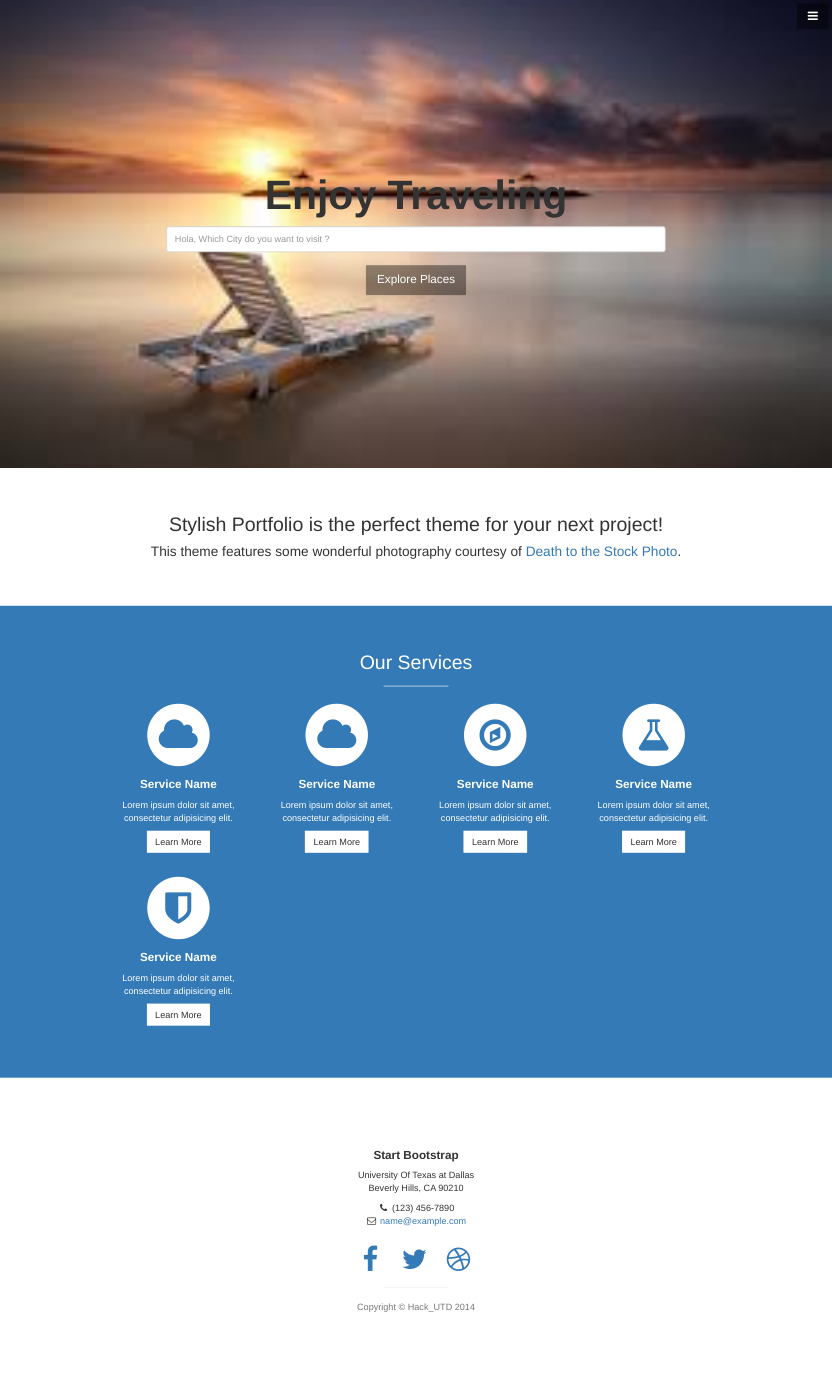
Repository: thomasronk/UTD_Hack
Page: http://localhost/route/Search
An editor plug-in stored every save of this project. The page is shown before and after the next save, followed by the edit.
The browser window is 1280 px wide. The pictures show the whole page, at 65% of full size.
Some web fonts or font styles are not loaded; a fallback is used. The page is served by Tomcat 9. Other server files are loaded and not shown.

Above is the page before, as saved 2015-01-18 09:44:31.

### UTDHackWorkSpace/route/WebContent/WEB-INF/main.jsp

<%@taglib prefix="c" uri="http://java.sun.com/jsp/jstl/core" %>
<html lang="en">

<head>

    <meta charset="utf-8">
    <meta http-equiv="X-UA-Compatible" content="IE=edge">
    <meta name="viewport" content="width=device-width, initial-scale=1">
    <meta name="description" content="">
    <meta name="author" content="">

    <title>Stylish Portfolio - Start Bootstrap Theme</title>

    <!-- Bootstrap Core CSS -->
    <!--<link href="css/bootstrap.min.css" rel="stylesheet">-->
	<link  rel="stylesheet" href="<c:url value="css/bootstrap.min.css" />" />
    <!-- Custom CSS -->
    <link href="css/stylish-portfolio.css" rel="stylesheet">

    <!-- Custom Fonts -->
    <link href="font-awesome/css/font-awesome.min.css" rel="stylesheet" type="text/css">
    <link href="http://fonts.googleapis.com/css?family=Source+Sans+Pro:300,400,700,300italic,400italic,700italic" rel="stylesheet" type="text/css">

    <!-- HTML5 Shim and Respond.js IE8 support of HTML5 elements and media queries -->
    <!-- WARNING: Respond.js doesn't work if you view the page via file:// -->
    <!--[if lt IE 9]>
        <script src="https://oss.maxcdn.com/libs/html5shiv/3.7.0/html5shiv.js"></script>
        <script src="https://oss.maxcdn.com/libs/respond.js/1.4.2/respond.min.js"></script>
    <![endif]-->

</head>

<body>

    <!-- Navigation -->
    <a id="menu-toggle" href="#" class="btn btn-dark btn-lg toggle"><i class="fa fa-bars"></i></a>
    <nav id="sidebar-wrapper">
        <ul class="sidebar-nav">
            <a id="menu-close" href="#" class="btn btn-light btn-lg pull-right toggle"><i class="fa fa-times"></i></a>
            <li class="sidebar-brand">
                <a href="#top">Start </a>
            </li>
            <li>
                <a href="#top">Home</a>
            </li>
            <li>
                <a href="#about">About</a>
            </li>
            <li>
                <a href="#services">Services</a>
            </li>
            <li>
                <a href="#portfolio">Portfolio</a>
            </li>
            <li>
                <a href="#contact">Contact</a>
            </li>
        </ul>
    </nav>

    <!-- Header -->
    <header id="top" class="header">

        <div class="text-vertical-center">
            <h1>Enjoy Traveling</h1>
            <!--  <h3>Free Bootstrap Themes &amp; Templates</h3>-->
            <input type="text" class="form-control" id="placeTextField" style="margin-left:20%;margin-top:1%;height:40px;width:60%;"placeholder="Hola, Which City do you want to visit ?"
                   name="place">

            <br>
            <a href="#about" class="btn btn-dark btn-lg">Explore Places</a>
        </div>
    </header>

    <!-- About -->
    <section id="about" class="about">
        <div class="container">
            <div class="row">
                <div class="col-lg-12 text-center">
                    <h2>Stylish Portfolio is the perfect theme for your next project!</h2>
                    <p class="lead">This theme features some wonderful photography courtesy of <a target="_blank" href="http://join.deathtothestockphoto.com/">Death to the Stock Photo</a>.</p>
                </div>
            </div>
            <!-- /.row -->
        </div>
        <!-- /.container -->
    </section>

    <section id="services" class="services bg-primary">
        <div class="container">
            <div class="row text-center">
                <div class="col-lg-10 col-lg-offset-1">
                    <h2>Our Services</h2>
                    <hr class="small">
                    <div class="row">
                        <div class="col-md-3 col-sm-6">
                            <div class="service-item">
                                <span class="fa-stack fa-4x">
                                <i class="fa fa-circle fa-stack-2x"></i>
                                <i class="fa fa-cloud fa-stack-1x text-primary"></i>
                            </span>
                                <h4>
                                    <strong>Service Name</strong>
                                </h4>
                                <p>Lorem ipsum dolor sit amet, consectetur adipisicing elit.</p>
                                <a href="#" class="btn btn-light">Learn More</a>
                            </div>
                        </div>

                        <div class="col-md-3 col-sm-6">
                            <div class="service-item">
                                <span class="fa-stack fa-4x">
                                <i class="fa fa-circle fa-stack-2x"></i>
                                <i class="fa fa-cloud fa-stack-1x text-primary"></i>
                            </span>
                                <h4>
                                    <strong>Service Name</strong>
                                </h4>
                                <p>Lorem ipsum dolor sit amet, consectetur adipisicing elit.</p>
                                <a href="#" class="btn btn-light">Learn More</a>
                            </div>
                        </div>
                        <div class="col-md-3 col-sm-6">
                            <div class="service-item">
                                <span class="fa-stack fa-4x">
                                <i class="fa fa-circle fa-stack-2x"></i>
                                <i class="fa fa-compass fa-stack-1x text-primary"></i>
                            </span>
                                <h4>
                                    <strong>Service Name</strong>
                                </h4>
                                <p>Lorem ipsum dolor sit amet, consectetur adipisicing elit.</p>
                                <a href="#" class="btn btn-light">Learn More</a>
                            </div>
                        </div>
                        <div class="col-md-3 col-sm-6">
                            <div class="service-item">
                                <span class="fa-stack fa-4x">
                                <i class="fa fa-circle fa-stack-2x"></i>
                                <i class="fa fa-flask fa-stack-1x text-primary"></i>
                            </span>
                                <h4>
                                    <strong>Service Name</strong>
                                </h4>
                                <p>Lorem ipsum dolor sit amet, consectetur adipisicing elit.</p>
                                <a href="#" class="btn btn-light">Learn More</a>
                            </div>
                        </div>
                        <div class="col-md-3 col-sm-6">
                            <div class="service-item">
                                <span class="fa-stack fa-4x">
                                <i class="fa fa-circle fa-stack-2x"></i>
                                <i class="fa fa-shield fa-stack-1x text-primary"></i>
                            </span>
                                <h4>
                                    <strong>Service Name</strong>
                                </h4>
                                <p>Lorem ipsum dolor sit amet, consectetur adipisicing elit.</p>
                                <a href="#" class="btn btn-light">Learn More</a>
                            </div>
                        </div>
                    </div>
                    <!-- /.row (nested) -->
                </div>
                <!-- /.col-lg-10 -->
            </div>
            <!-- /.row -->
        </div>
        <!-- /.container -->
    </section>



	<footer>
        <div class="container">
            <div class="row">
                <div class="col-lg-10 col-lg-offset-1 text-center">
                    <h4><strong>Start Bootstrap</strong>
                    </h4>
                    <p>University Of Texas at Dallas<br>Beverly Hills, CA 90210</p>
                    <ul class="list-unstyled">
                        <li><i class="fa fa-phone fa-fw"></i> (123) 456-7890</li>
                        <li><i class="fa fa-envelope-o fa-fw"></i>  <a href="mailto:name@example.com">name@example.com</a>
                        </li>
                    </ul>
                    <br>
                    <ul class="list-inline">
                        <li>
                            <a href="#"><i class="fa fa-facebook fa-fw fa-3x"></i></a>
                        </li>
                        <li>
                            <a href="#"><i class="fa fa-twitter fa-fw fa-3x"></i></a>
                        </li>
                        <li>
                            <a href="#"><i class="fa fa-dribbble fa-fw fa-3x"></i></a>
                        </li>
                    </ul>
                    <hr class="small">
                    <p class="text-muted">Copyright &copy; Hack_UTD 2014</p>
                </div>
            </div>
        </div>
    </footer>

    <!-- jQuery -->
    <script src="js/jquery.js"></script>

    <!-- Bootstrap Core JavaScript -->
    <script src="js/bootstrap.min.js"></script>

    <!-- Custom Theme JavaScript -->
    <script>
    // Closes the sidebar menu
    $("#menu-close").click(function(e) {
        e.preventDefault();
        $("#sidebar-wrapper").toggleClass("active");
    });

    // Opens the sidebar menu
    $("#menu-toggle").click(function(e) {
        e.preventDefault();
        $("#sidebar-wrapper").toggleClass("active");
    });

    // Scrolls to the selected menu item on the page
    $(function() {
    	var images = ["bg0.jpg", "bg1.jpg"];
    	var cnt = 0;
    	//setInterval(function () {
    		//console.log("hi");
    	    //cnt == images.length-1 ? cnt = 0 : ++cnt;
    	    //var url = "img/"+images[cnt];

    	   // $(".header").css("background-image", "url(" + url + ")");
    	    //$(".header").css("background-repeat", "no-repeat");
    	    //$(".header").css("background-position", "center center");
    	    //$(".header").css("background-attachment", "scroll");
    	    //$(".header").css("background", background);
    	//}, 3000);

    	//setInterval(function() {
    		//  $('.header img')
    		  //  .fadeOut(1000);
    		  //cnt == images.length-1 ? cnt = 0 : ++cnt;
      	    //var url = "img/"+images[cnt];

    		  //  $(".header").css("background-image", "url(" + url + ")");
    		 // $('.header img')
  		    //.fadeIn(1000);

    		//},  3000);
    	setInterval(function() {
    	$(".header").animate(1000,function(){
    		cnt == images.length-1 ? cnt = 0 : ++cnt;
       	    var url = "img/"+images[cnt];
       	    $(".header").css("background-image", "url(" + url + ")").animate();
    	 });
    	},  3000);

        $('a[href*=#]:not([href=#])').click(function() {
            if (location.pathname.replace(/^\//, '') == this.pathname.replace(/^\//, '') || location.hostname == this.hostname) {

                var target = $(this.hash);
                target = target.length ? target : $('[name=' + this.hash.slice(1) + ']');
                if (target.length) {
                    $('html,body').animate({
                        scrollTop: target.offset().top
                    }, 1000);
                    return false;
                }
            }
        });
    });
    </script>

</body>

</html>

### UTDHackWorkSpace/route/src/com/src/utdhack/Search.java
package com.src.utdhack;

import java.io.IOException;
import javax.servlet.ServletException;
import javax.servlet.annotation.WebServlet;
import javax.servlet.http.HttpServlet;
import javax.servlet.http.HttpServletRequest;
import javax.servlet.http.HttpServletResponse;

/**
 * Servlet implementation class Search
 */
@WebServlet("/Search")
public class Search extends HttpServlet {
	private static final long serialVersionUID = 1L;

    /**
     * @see HttpServlet#HttpServlet()
     */
    public Search() {
        super();
        // TODO Auto-generated constructor stub
    }

	/**
	 * @see HttpServlet#doGet(HttpServletRequest request, HttpServletResponse response)
	 */
	protected void doGet(HttpServletRequest request, HttpServletResponse response) throws ServletException, IOException {
		// TODO Auto-generated method stub
		System.out.println("I am in Search Page");
		//response.getWriter().println("Hello Friend!!!");
		request.getRequestDispatcher("/WEB-INF/main.jsp").forward(request, response);
	}

	/**
	 * @see HttpServlet#doPost(HttpServletRequest request, HttpServletResponse response)
	 */
	protected void doPost(HttpServletRequest request, HttpServletResponse response) throws ServletException, IOException {
		// TODO Auto-generated method stub
	}

}

Loaded but not shown: UTDHackWorkSpace/route/WebContent/css/bootstrap.min.css (library); UTDHackWorkSpace/route/WebContent/font-awesome/css/font-awesome.min.css (library); UTDHackWorkSpace/route/WebContent/js/jquery.js (library); UTDHackWorkSpace/route/WebContent/js/bootstrap.min.js (library); UTDHackWorkSpace/route/WebContent/css/stylish-portfolio.css (242 lines, source omitted)

After the next save:
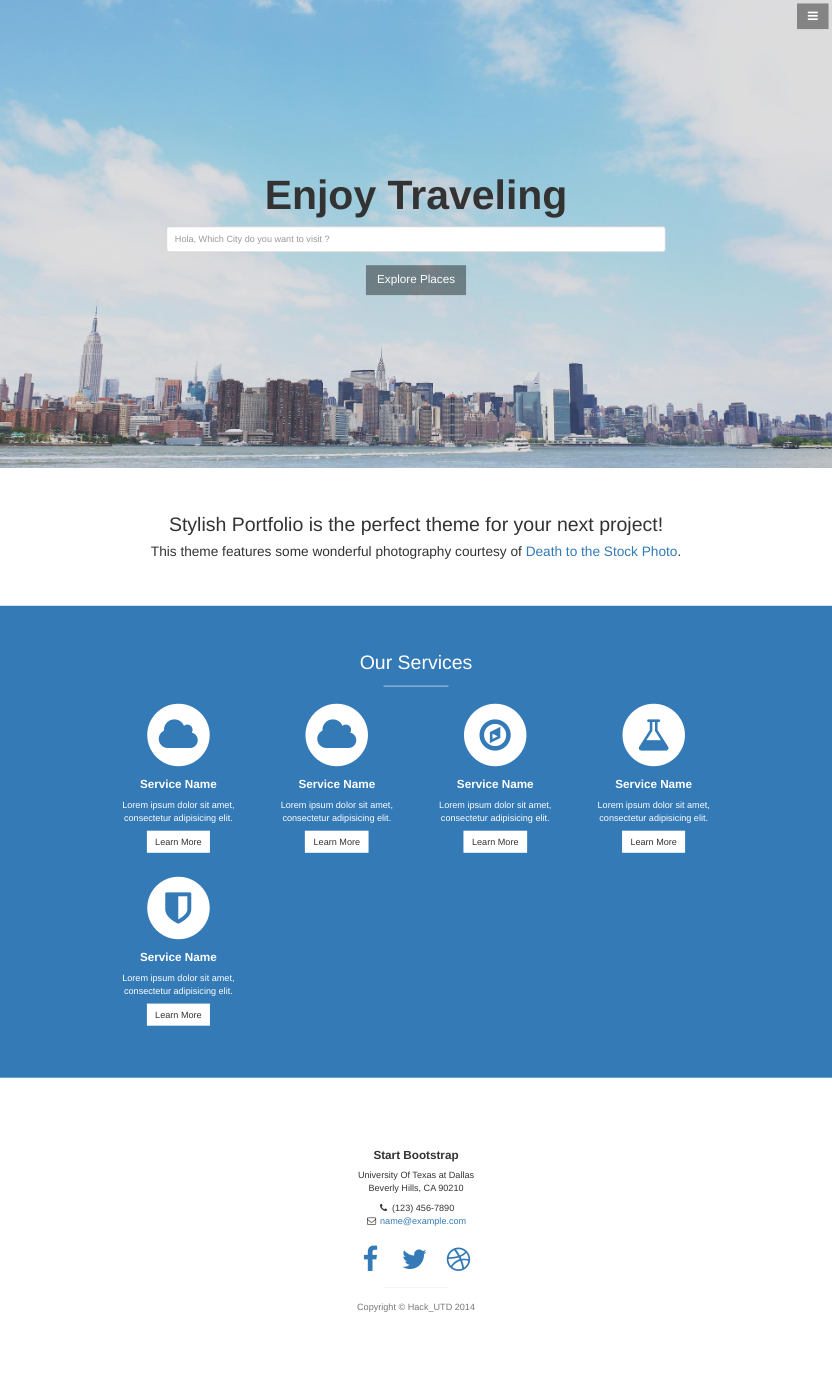
Console error: SyntaxError: missing ) after argument list
Saved 47 min 37 s later.
--- a/UTDHackWorkSpace/route/WebContent/WEB-INF/main.jsp
+++ b/UTDHackWorkSpace/route/WebContent/WEB-INF/main.jsp
@@ -270,6 +270,40 @@
                     return false;
                 }
             }
+
+            var placesTextFieldValue = jQuery("#placeTextField").val();
+            jQuery.getJSON("/route/Place", {place : decodeURIComponent(placesTextFieldValue)},function(returnedData){
+
+            	if(returnedData) {
+                    var length = returnedData.length;
+                    if(length>0){
+    					console.log(returnedData);
+                        //var obj = jQuery.parseJSON(returnedData);
+    					//console.log(obj);
+                        var tr;
+                        for(var i=0;i<returnedData.length;i++){
+                            tr= jQuery('<tr/>');
+                            tr.append("<td>"+returnedData[i].placeName+'</td>');
+                            tr.append("<td>"+returnedData[i].city+'</td>');
+                            tr.append("<td>"+returnedData[i].address+'</td>');
+                            tr.append("<td>"+returnedData[i].rating+'</td>');
+                            tr.append("<td>"+returnedData[i].timeSpent+'</td>');
+                            tr.append("<td>"+returnedData[i].cost+'</td>');
+                            tr.append("<td><img src=\""+returnedData[i].imgUrl+'\" height=\"42\" width=\"42\"</td>');
+                            jQuery("#tableToShowAvailablePlaces").append(tr).removeClass("hidden");
+                        }
+                    }
+                    if(htmlTagsToShowPlacesFromGotJSON !== null){
+                        jQuery("#tableToShowOptimumRoute").append(htmlTagsToShowPlacesFromGotJSON).removeClass("hidden");
+                        //TODO change the logic to show the hours check box only when some data is received
+                    }
+                }
+                else{
+                    alert("There aren't any places in our book yet, get back to us soon !");
+                }
+            })
+
+        }
         });
     });
     </script>

After the 2 saves that followed:
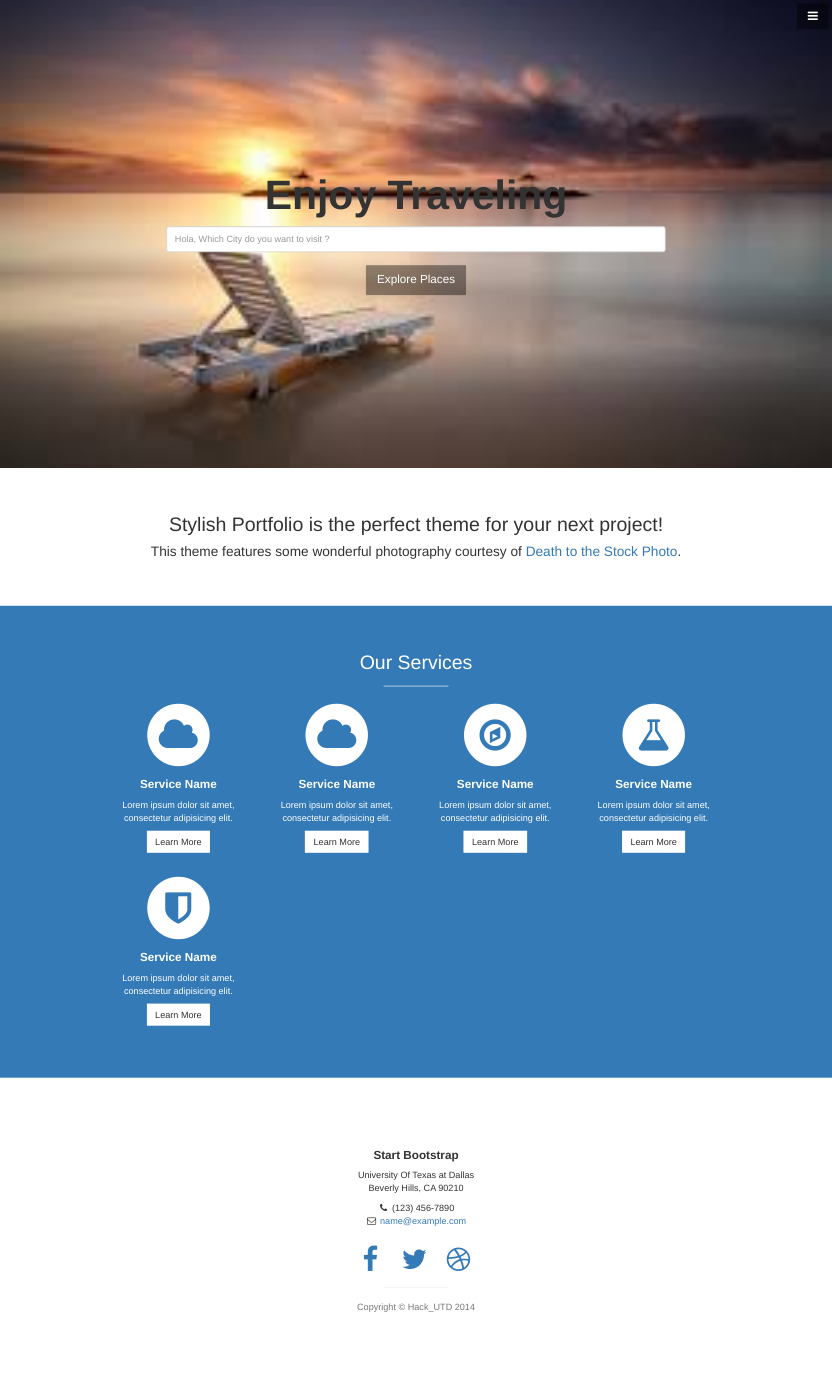
The error is gone.
The 2 saves are shown as one change because 1 left the picture as it was.
The last was saved 5 min 45 s later.
--- a/UTDHackWorkSpace/route/WebContent/WEB-INF/main.jsp
+++ b/UTDHackWorkSpace/route/WebContent/WEB-INF/main.jsp
@@ -282,15 +282,18 @@
     					//console.log(obj);
                         var tr;
                         for(var i=0;i<returnedData.length;i++){
-                            tr= jQuery('<tr/>');
-                            tr.append("<td>"+returnedData[i].placeName+'</td>');
-                            tr.append("<td>"+returnedData[i].city+'</td>');
-                            tr.append("<td>"+returnedData[i].address+'</td>');
-                            tr.append("<td>"+returnedData[i].rating+'</td>');
-                            tr.append("<td>"+returnedData[i].timeSpent+'</td>');
-                            tr.append("<td>"+returnedData[i].cost+'</td>');
-                            tr.append("<td><img src=\""+returnedData[i].imgUrl+'\" height=\"42\" width=\"42\"</td>');
-                            jQuery("#tableToShowAvailablePlaces").append(tr).removeClass("hidden");
+                        	var dix ="<div>hello</div>"
+                        	$('.row').append(dix);
+
+                        	//tr= jQuery('<tr/>');
+                            //tr.append("<td>"+returnedData[i].placeName+'</td>');
+                            //tr.append("<td>"+returnedData[i].city+'</td>');
+                            //tr.append("<td>"+returnedData[i].address+'</td>');
+                            //tr.append("<td>"+returnedData[i].rating+'</td>');
+                            //tr.append("<td>"+returnedData[i].timeSpent+'</td>');
+                            //tr.append("<td>"+returnedData[i].cost+'</td>');
+                            //tr.append("<td><img src=\""+returnedData[i].imgUrl+'\" height=\"42\" width=\"42\"</td>');
+                            //jQuery("#tableToShowAvailablePlaces").append(tr).removeClass("hidden");
                         }
                     }
                     if(htmlTagsToShowPlacesFromGotJSON !== null){
@@ -303,7 +306,7 @@
                 }
             })
 
-        }
+
         });
     });
     </script>
